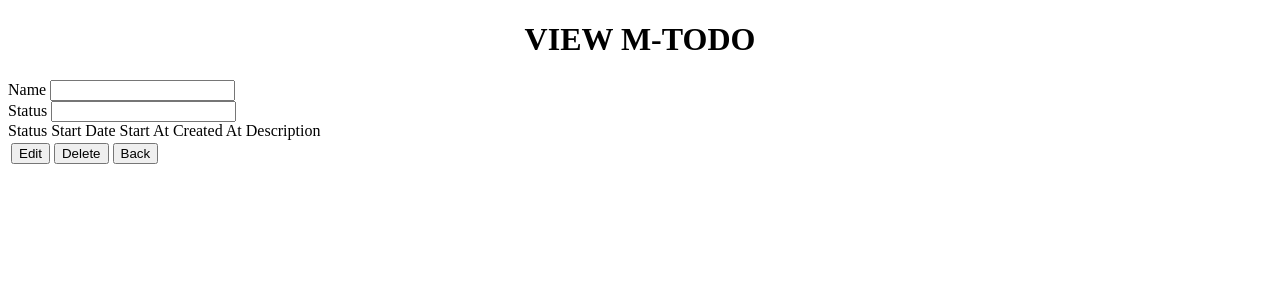
Repository: BossBlossom/springmvcse
Page: http://localhost/m-todo/WEB-INF/view/view.jsp
An editor plug-in stored every save of this project. The page is shown before and after the next save, followed by the edit.
The browser window is 1280 px wide. The pictures show the whole page.
The page is served by Tomcat 9. Nobody is signed in. Other server files are loaded and not shown. The template is opened directly, without the code that normally fills it, so the values that code supplies are empty.

Above is the page before, as saved 2018-09-17 09:12:49.

### shigotonikki/m-todo/src/main/webapp/WEB-INF/view/view.jsp
<%@ page language="java" contentType="text/html; charset=UTF-8"
    pageEncoding="UTF-8" isELIgnored="false"%>
<%@ taglib prefix="spring" uri="http://www.springframework.org/tags" %>
<%@ taglib prefix="form" uri="http://www.springframework.org/tags/form" %>
<%@ taglib prefix="c" uri="http://java.sun.com/jsp/jstl/core" %>
<!DOCTYPE html>
<html>
<head>
<link rel="stylesheet" href="<spring:url value='/resources/css/app.css'/>">
<meta http-equiv="Content-Type" content="text/html"; charset="UTF-8">
</head>
<body>
<h1><center>VIEW M-TODO</center></h1>
	<div class="input-group">
		<label>Name</label>
		<form:input path="name" readonly="true" />
	</div>
	<div class="input-group">
		<label>Status</label>
		<form:input path="status" readonly="true" />
	</div>

		<label>Status</label>
		<label>Start Date</label>
		<label>Start At</label>
		<label>Created At</label>
		<label>Description</label>
<table>
	<th><form action="Controller_M_Todo" method="get"><a href='<spring:url value="/home/update?action=edit&idTodo=${m_todo.idTodo }" />'><button type="button">Edit</button></a></form></th>
	<th><form action="Controller_M_Todo" method="get"><a href='<spring:url value="/home/update?action=delete&idTodo=${m_todo.idTodo }" />'><button type="button">Delete</button></a></form></th>
	<th><button type="button" href='<spring:url value="/home" />'">Back</button></th>
</table>
</body>
</html>

### shigotonikki/m-todo/src/main/webapp/resources/css/app.css
.error {
	color: red;
}
.blue{
	color: blue;
}
.New {
	background: #F08080;
}

.Done {
	background: #D3D3D3;
}

.In-Progress {
	background: #ADD8E6;
}

.Canceled {
	background: #FFFF66;
}

table.tbl-border {
	border-spacing: 0;
	border-collapse: collapse;
	width: 100%;
}

table.tbl-border tbody {
	border-collapse: collapse;
    border: 1px solid black;
}

table.tbl-border th, td {
	margin: 0; padding : 5px;
	text-align: left;
	padding: 5px;
}

After the next save:
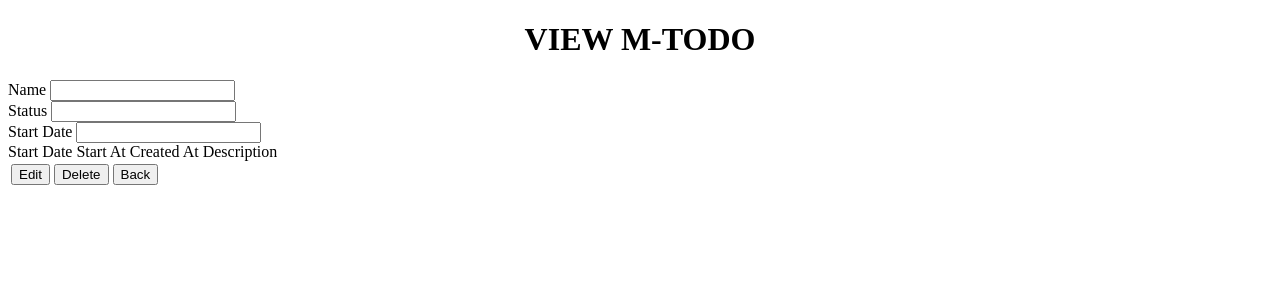
Saved 21 s later.
--- a/shigotonikki/m-todo/src/main/webapp/WEB-INF/view/view.jsp
+++ b/shigotonikki/m-todo/src/main/webapp/WEB-INF/view/view.jsp
@@ -19,8 +19,10 @@
 		<label>Status</label>
 		<form:input path="status" readonly="true" />
 	</div>
-
-		<label>Status</label>
+	<div class="input-group">
+		<label>Start Date</label>
+		<form:input path="startDate" readonly="true" />
+	</div>
 		<label>Start Date</label>
 		<label>Start At</label>
 		<label>Created At</label>
